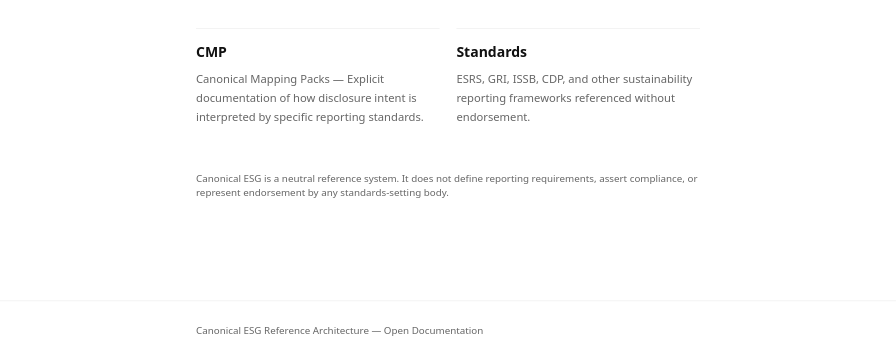
Repository: udaysxd/canonicalesg
Page: /
These files come from the project's save history. The page is drawn as it stood at one moment and after the next save; the edit follows.
The browser window is 1280 px wide. The pictures show the part of the page from y = 565 to 2485 px (the page is 1080 px tall before and 3567 px after), at 70% of full size.
The project was rebuilt for these pictures with package versions that can differ from the ones it lists, and the page was loaded fresh each time. The framework's server and built-in components were replaced by stand-ins that run in the browser. Also part of the build but not shown: next.config.ts.

Above is the page before, as saved 2026-02-02 23:04:41.

After the next save:
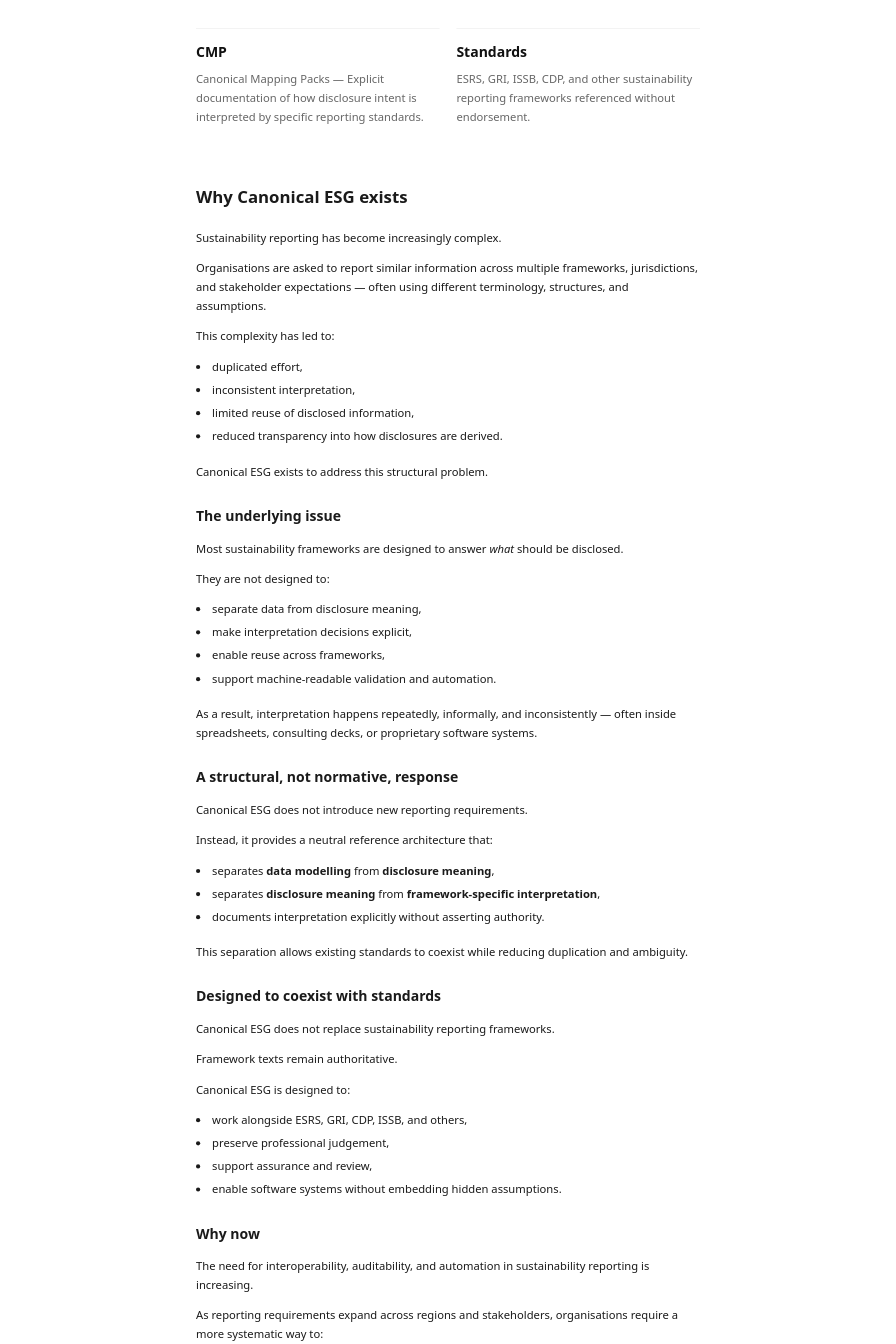
Saved 13 min 48 s later.
--- a/src/app/page.tsx
+++ b/src/app/page.tsx
@@ -31,6 +31,100 @@
           </a>
         </div>
 
+        <div className="mt-16">
+          <h2 className="text-[1.5rem] font-semibold text-[#1a1a1a] mb-6">Why Canonical ESG exists</h2>
+
+          <p className="text-[#1a1a1a] mb-4">Sustainability reporting has become increasingly complex.</p>
+
+          <p className="text-[#1a1a1a] mb-4">Organisations are asked to report similar information across multiple frameworks, jurisdictions, and stakeholder expectations — often using different terminology, structures, and assumptions.</p>
+
+          <p className="text-[#1a1a1a] mb-4">This complexity has led to:</p>
+          <ul className="list-disc list-inside text-[#1a1a1a] mb-6 space-y-1.5">
+            <li>duplicated effort,</li>
+            <li>inconsistent interpretation,</li>
+            <li>limited reuse of disclosed information,</li>
+            <li>reduced transparency into how disclosures are derived.</li>
+          </ul>
+
+          <p className="text-[#1a1a1a] mb-6">Canonical ESG exists to address this structural problem.</p>
+
+          <h3 className="text-[1.25rem] font-semibold text-[#1a1a1a] mb-4 mt-8">The underlying issue</h3>
+
+          <p className="text-[#1a1a1a] mb-4">Most sustainability frameworks are designed to answer <em>what</em> should be disclosed.</p>
+
+          <p className="text-[#1a1a1a] mb-4">They are not designed to:</p>
+          <ul className="list-disc list-inside text-[#1a1a1a] mb-6 space-y-1.5">
+            <li>separate data from disclosure meaning,</li>
+            <li>make interpretation decisions explicit,</li>
+            <li>enable reuse across frameworks,</li>
+            <li>support machine-readable validation and automation.</li>
+          </ul>
+
+          <p className="text-[#1a1a1a] mb-6">As a result, interpretation happens repeatedly, informally, and inconsistently — often inside spreadsheets, consulting decks, or proprietary software systems.</p>
+
+          <h3 className="text-[1.25rem] font-semibold text-[#1a1a1a] mb-4 mt-8">A structural, not normative, response</h3>
+
+          <p className="text-[#1a1a1a] mb-4">Canonical ESG does not introduce new reporting requirements.</p>
+
+          <p className="text-[#1a1a1a] mb-4">Instead, it provides a neutral reference architecture that:</p>
+          <ul className="list-disc list-inside text-[#1a1a1a] mb-6 space-y-1.5">
+            <li>separates <strong>data modelling</strong> from <strong>disclosure meaning</strong>,</li>
+            <li>separates <strong>disclosure meaning</strong> from <strong>framework-specific interpretation</strong>,</li>
+            <li>documents interpretation explicitly without asserting authority.</li>
+          </ul>
+
+          <p className="text-[#1a1a1a] mb-6">This separation allows existing standards to coexist while reducing duplication and ambiguity.</p>
+
+          <h3 className="text-[1.25rem] font-semibold text-[#1a1a1a] mb-4 mt-8">Designed to coexist with standards</h3>
+
+          <p className="text-[#1a1a1a] mb-4">Canonical ESG does not replace sustainability reporting frameworks.</p>
+
+          <p className="text-[#1a1a1a] mb-4">Framework texts remain authoritative.</p>
+
+          <p className="text-[#1a1a1a] mb-4">Canonical ESG is designed to:</p>
+          <ul className="list-disc list-inside text-[#1a1a1a] mb-6 space-y-1.5">
+            <li>work alongside ESRS, GRI, CDP, ISSB, and others,</li>
+            <li>preserve professional judgement,</li>
+            <li>support assurance and review,</li>
+            <li>enable software systems without embedding hidden assumptions.</li>
+          </ul>
+
+          <h3 className="text-[1.25rem] font-semibold text-[#1a1a1a] mb-4 mt-8">Why now</h3>
+
+          <p className="text-[#1a1a1a] mb-4">The need for interoperability, auditability, and automation in sustainability reporting is increasing.</p>
+
+          <p className="text-[#1a1a1a] mb-4">As reporting requirements expand across regions and stakeholders, organisations require a more systematic way to:</p>
+          <ul className="list-disc list-inside text-[#1a1a1a] mb-6 space-y-1.5">
+            <li>model information once,</li>
+            <li>interpret it transparently,</li>
+            <li>reuse it across outputs.</li>
+          </ul>
+
+          <p className="text-[#1a1a1a] mb-6">Canonical ESG exists to provide that shared foundation.</p>
+
+          <h3 className="text-[1.25rem] font-semibold text-[#1a1a1a] mb-4 mt-8">What Canonical ESG aims to enable</h3>
+
+          <p className="text-[#1a1a1a] mb-4">Canonical ESG aims to enable:</p>
+          <ul className="list-disc list-inside text-[#1a1a1a] mb-6 space-y-1.5">
+            <li>clearer disclosure traceability,</li>
+            <li>reduced interpretation risk,</li>
+            <li>improved consistency across reports,</li>
+            <li>collaboration between practitioners, auditors, and tool builders.</li>
+          </ul>
+
+          <p className="text-[#1a1a1a] mb-6">It does not seek to centralise authority or define compliance.</p>
+
+          <h3 className="text-[1.25rem] font-semibold text-[#1a1a1a] mb-4 mt-8">A shared reference, not a single truth</h3>
+
+          <p className="text-[#1a1a1a] mb-4">Canonical ESG is intentionally non-authoritative.</p>
+
+          <p className="text-[#1a1a1a] mb-4">Its value lies in making structure, meaning, and interpretation explicit — not in declaring what is correct.</p>
+
+          <p className="text-[#1a1a1a] mb-6">Users remain responsible for materiality, applicability, and regulatory compliance.</p>
+
+          <p className="text-[#1a1a1a] mb-4">Canonical ESG is a reference model for a reporting ecosystem that has outgrown ad hoc interpretation.</p>
+        </div>
+
         <p className="text-sm text-[#666] mt-12">
           Canonical ESG is a neutral reference system. It does not define reporting requirements, assert compliance, or represent endorsement by any standards-setting body.
         </p>
